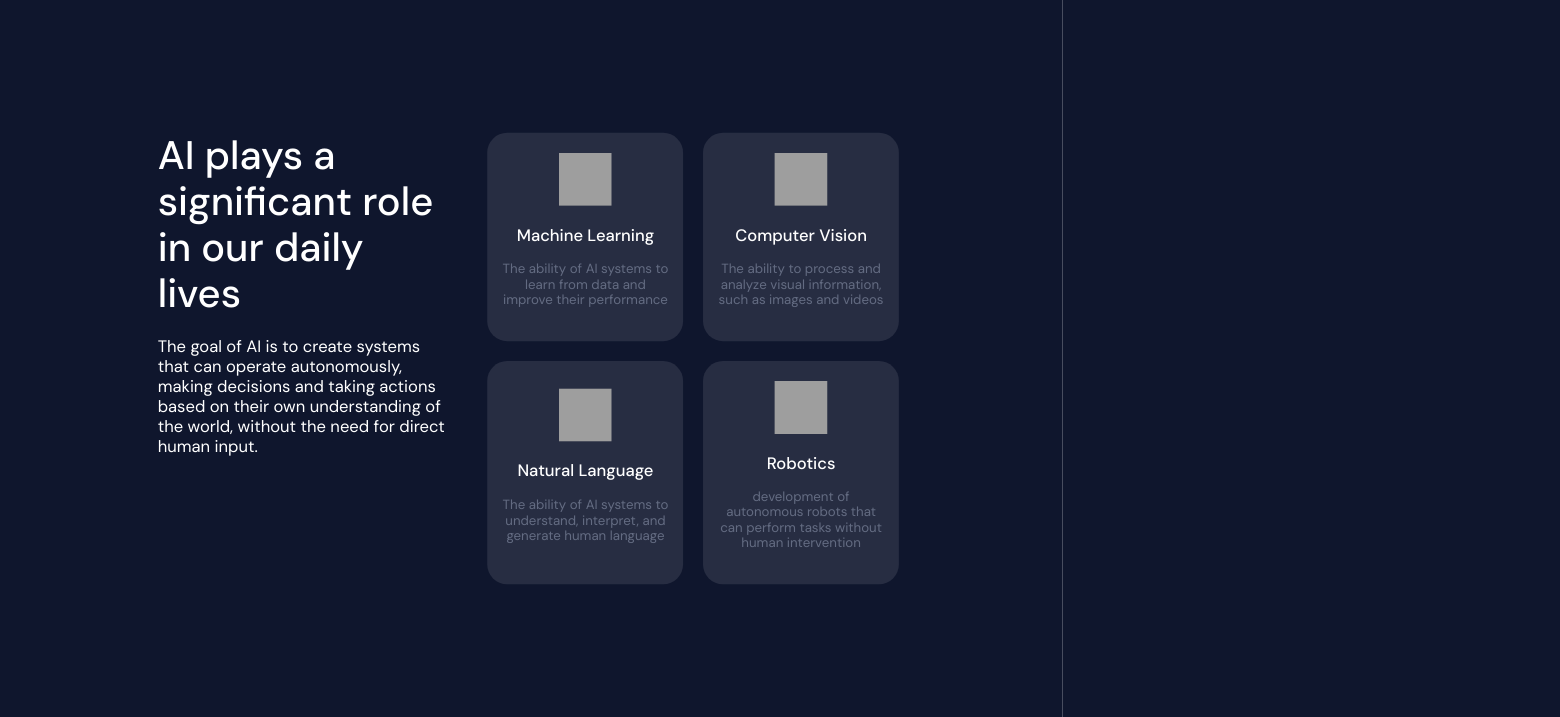
Repository: guli95/four-areas-of-AI-INVO-ACAdemy
Page: /
The author's editor kept a copy of each file at every save. The page is drawn from the files as they stood at one save, then again after the next save.
The browser window is 1280 px wide. The page is 1280 px wide, then 1880 px, so the pictures cover 1880 px, including what lies to the right of the window. The pictures show the whole page, at 83% of full size.
Pictures or frames that could not be fetched are drawn as grey boxes. The project was rebuilt for these pictures with package versions that can differ from the ones it lists, and the page was loaded fresh each time.

Above is the page before, as saved 2023-03-13 14:43:56.

After the next save:
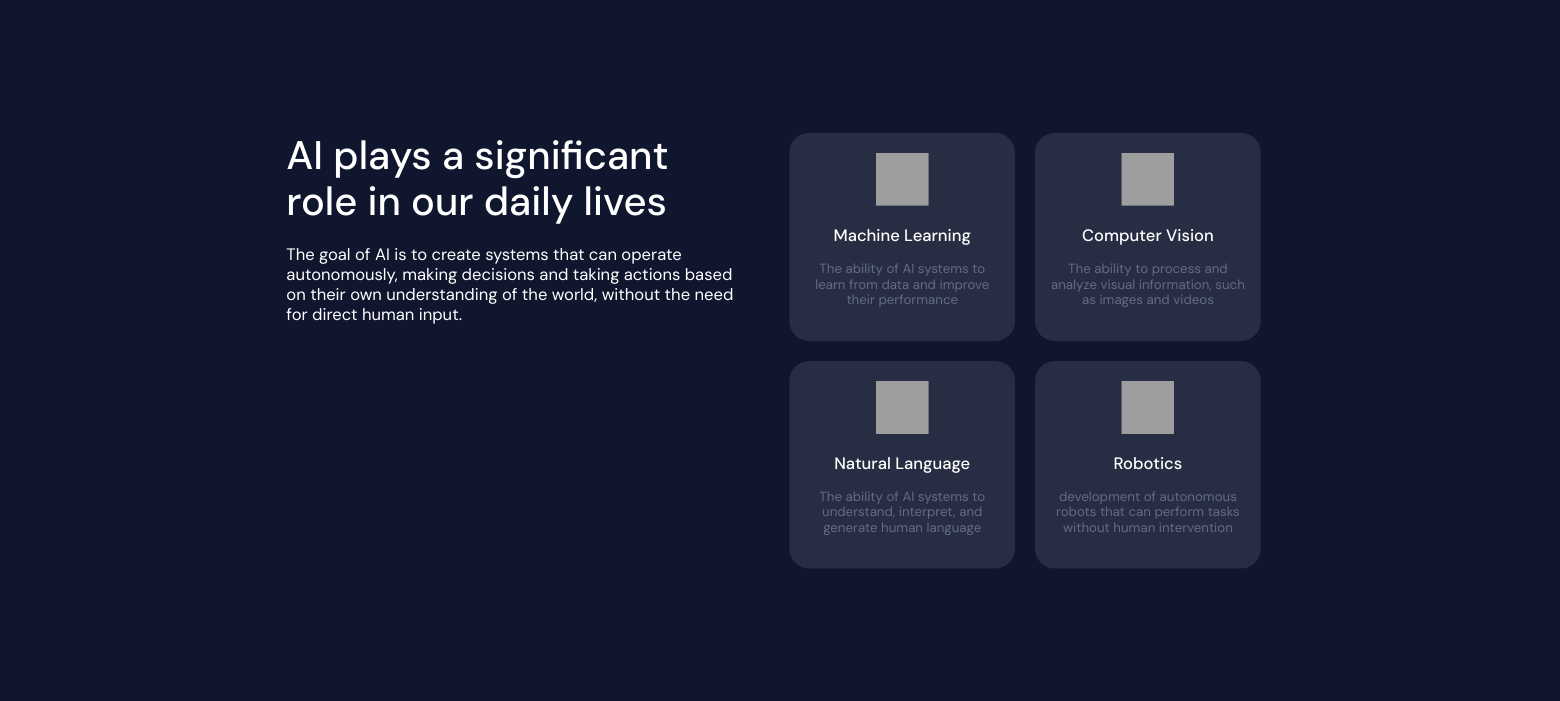
Saved 87 s later.
--- a/src/pages/home-page/styles/home-page.scss
+++ b/src/pages/home-page/styles/home-page.scss
@@ -8,6 +8,7 @@
     height: 100%;
 
  .flexbox-container{
+    width: 1500px;
     display: flex;
     justify-content: center;
     padding: 160px 190px;
